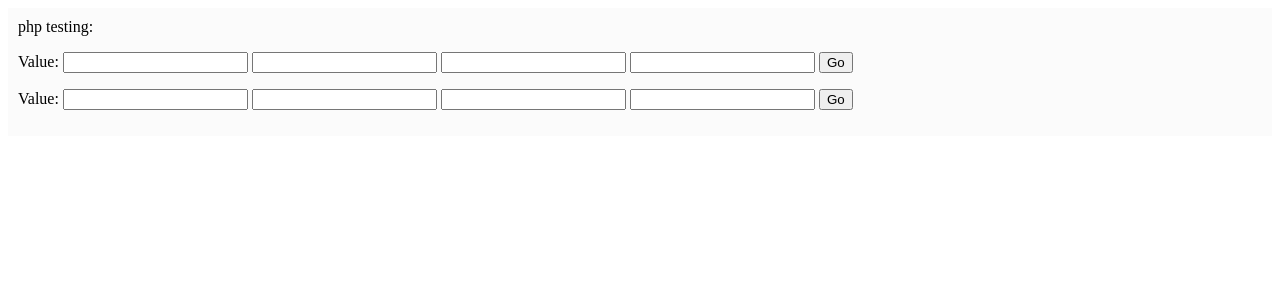
Repository: githubnorm/privat
Page: http://localhost/
An editor plug-in stored every save of this project. The page is shown before and after the next save, followed by the edit.
The browser window is 1280 px wide. The pictures show the whole page.
Some web libraries are served in a nearby version. The page is run by PHP 8.4 with error messages shown; the project is at /var/www/html/. Queries for data that is not in the repository find no rows.

Above is the page before, as saved 2014-08-24 13:44:37.

### php/index.php
<!DOCTYPE HTML PUBLIC "-//W3C//DTD HTML 4.01 Transitional//EN" "http://www.w3.org/TR/html4/loose.dtd">
<html>
<head>
<title>php testing</title>
	<meta http-equiv="Content-Type" content="text/html; charset=UTF-8">
	<link rel="stylesheet" type="text/css" href="css/styles.css">
	<script src="http://ajax.googleapis.com/ajax/libs/jquery/1.11.1/jquery.min.js"></script>
	<script src="js/scripts.js"></script>
</head>
<body>
	<div id="main" style="margin: 0px; padding: 10px; background-color: #FBFBFB;">
		php testing:<br>
		<p>
			<form method="post" action="source/db_insert.php" onSubmit="return ajaxSubmit(this);">
				Value: <input type="text" name="location" />
				<input type="text" name="anfahrt" />
				<input type="text" name="jobs" />
				<input type="text" name="ratings" />
				<input type="submit" name="form_submit" value="Go" />
			</form>
		</p>
		<p>
			<span data-target="hot">
				<!-- db data -->
			</span>
		</p>
		<p id="form_add" style="display:none">
			<form method="post" action="source/db_insert.php" onSubmit="return ajaxSubmit(this);">
				Value: <input type="text" name="location" />
				<input type="text" name="position" />
				<input type="text" name="link" />
				<input type="text" name="company" />
				<input type="submit" name="form_submit" value="Go" />
			</form>
		</p>
	</div>
</body>
</html>

### php/source/db_fetch.php
<?php
	include "db_connection.php";
	include "db_queries.php";
	$db_results = mysql_query($query_companies, $db_connection);

	if($db_results) {
		while ($row = mysql_fetch_array($db_results, MYSQL_NUM)) {
			printf("$row[0], $row[1], $row[2], $row[3], $row[4] [<span onclick='deleteRow($row[0])'>delete</span>]");
			echo "<br>";
		}
	} else {
		echo "Query failed!";
	}
	mysql_close($db_connection);
?>

### php/source/db_connection.php
<?php

	include "db_config.php";

	/* create connection */
	$db_connection=mysql_connect("$host[$db]","$name[$db]","$pw[$db]");

	/* Check connection */
	if ($db_connection) {
		$db_select=mysql_select_db($dbname[$db],$db_connection);
		if (!$db_select) {
			die("database not selected"); exit;
		}
	} else {
		die("connection faild"); exit;
	}

?>

### php/source/db_config.php
<?php

	$db = "test";
	//$db = "live";

	/*test system*/
	$host['test'] = "localhost";
	$name['test'] = "root";
	$pw['test'] = "";
	$dbname['test'] = "jobsearch_test";

	/*live system*/
	$host['live'] = "db540710562.db.1and1.com";
	$name['live'] = "dbo540710562";
	$pw['live'] = "SQLduke2982";
	$dbname['live'] = "db540710562";

?>

### php/source/db_queries.php
<?php

	$query_companies = "
		SELECT *
		FROM `companies`";

	$query_insert_test = "
		INSERT INTO
		`companies`(`location`, `anfahrt`, `job_ids`, `ratings`)
		VALUES ('Hamburg','U-Bahn','3','3')";

?>

### php/css/styles.css
/* cursor */
.busy {
	cursor: wait !important;
}

### php/js/scripts.js
var ajaxSubmit = function(formEl) {
	// fetch where we want to submit the form to
	var url = $(formEl).attr('action');

	// fetch the data for the form
	var data = $(formEl).serializeArray();

	$("*").addClass("busy");
	// setup the ajax request
	$.ajax({
		url: url,
		type: 'POST',
		data: data,
		dataType: 'json'
	}).done(function(rsp) {
		if(rsp.success) {
			loadData();
		}
	}).fail(function() {
		alert( "insert failed!" );
	})

	// return false so the form does not actually
	// submit to the page
	return false;
}

var loadData = function() {
	$.ajax({
		url: 'source/db_fetch.php',
		dataType: 'html',
		cache: false
	}).done(function(response) {
		$("[data-target='hot']").html(response);
		$("*").removeClass("busy");
	}).fail(function() {
		alert( "fetch failed!" );
	})
	return false;
}

var deleteRow = function(id) {
	$("*").addClass("busy");
	$.ajax({
		url: 'source/db_delete.php?company_id='+id,
		dataType: 'json'
	}).done(function(rsp) {
		if(rsp.success) {
			loadData();
		}
	}).fail(function() {
		alert( "delete failed!" );
	})
	return false;
};

$( document ).ready(function() {
	loadData();
});

After the next save:
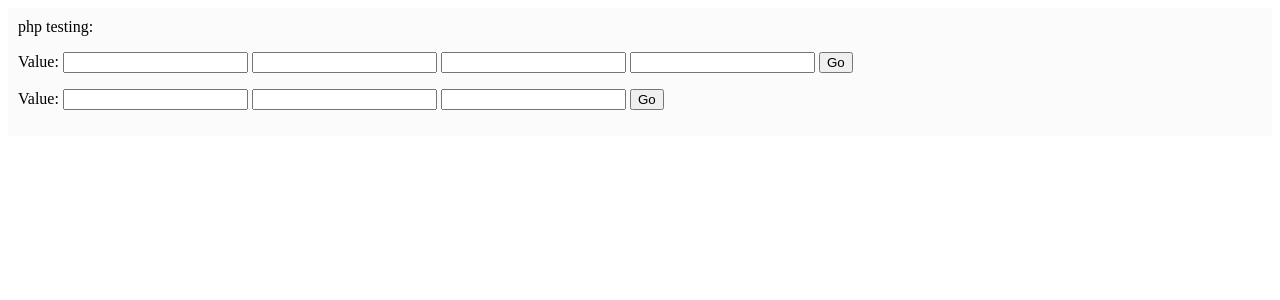
Saved 35 s later.
--- a/php/index.php
+++ b/php/index.php
@@ -29,7 +29,7 @@
 				Value: <input type="text" name="location" />
 				<input type="text" name="position" />
 				<input type="text" name="link" />
-				<input type="text" name="company" />
+				<input type="hidden" name="company" value="" />
 				<input type="submit" name="form_submit" value="Go" />
 			</form>
 		</p>
